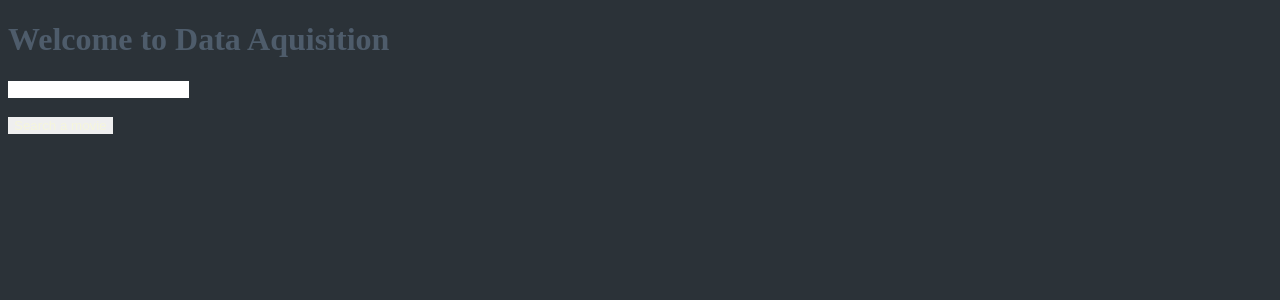
Repository: randy918/good-naked-beginning
Page: index.html
These files come from the project's save history. The page is drawn as it stood at one moment and after the next save; the edit follows.
The browser window is 1280 px wide. The pictures show the whole page.
The style sheet was rebuilt from its Sass, Less or Tailwind sources for each picture, by a compiler version that may differ from the author's.

Above is the page before, as saved 2023-01-01 15:10:10.

After the next save:
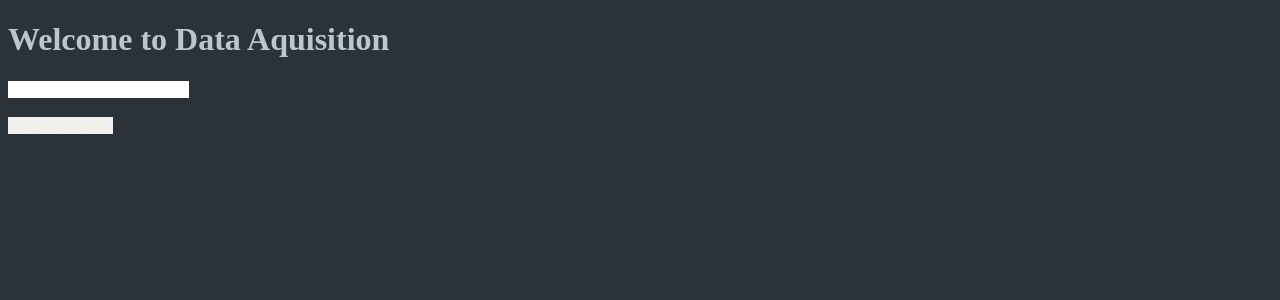
Saved 81 s later.
--- a/css/main.scss
+++ b/css/main.scss
@@ -29,7 +29,7 @@ $colors: (bg: rgba(55, 66, 76, 1),
 }
 
 body {
-color: getColor(theGray);
+color: getColor(bbb2-TranquilSea);
 
 background: getColor(theDarkGray);
 
